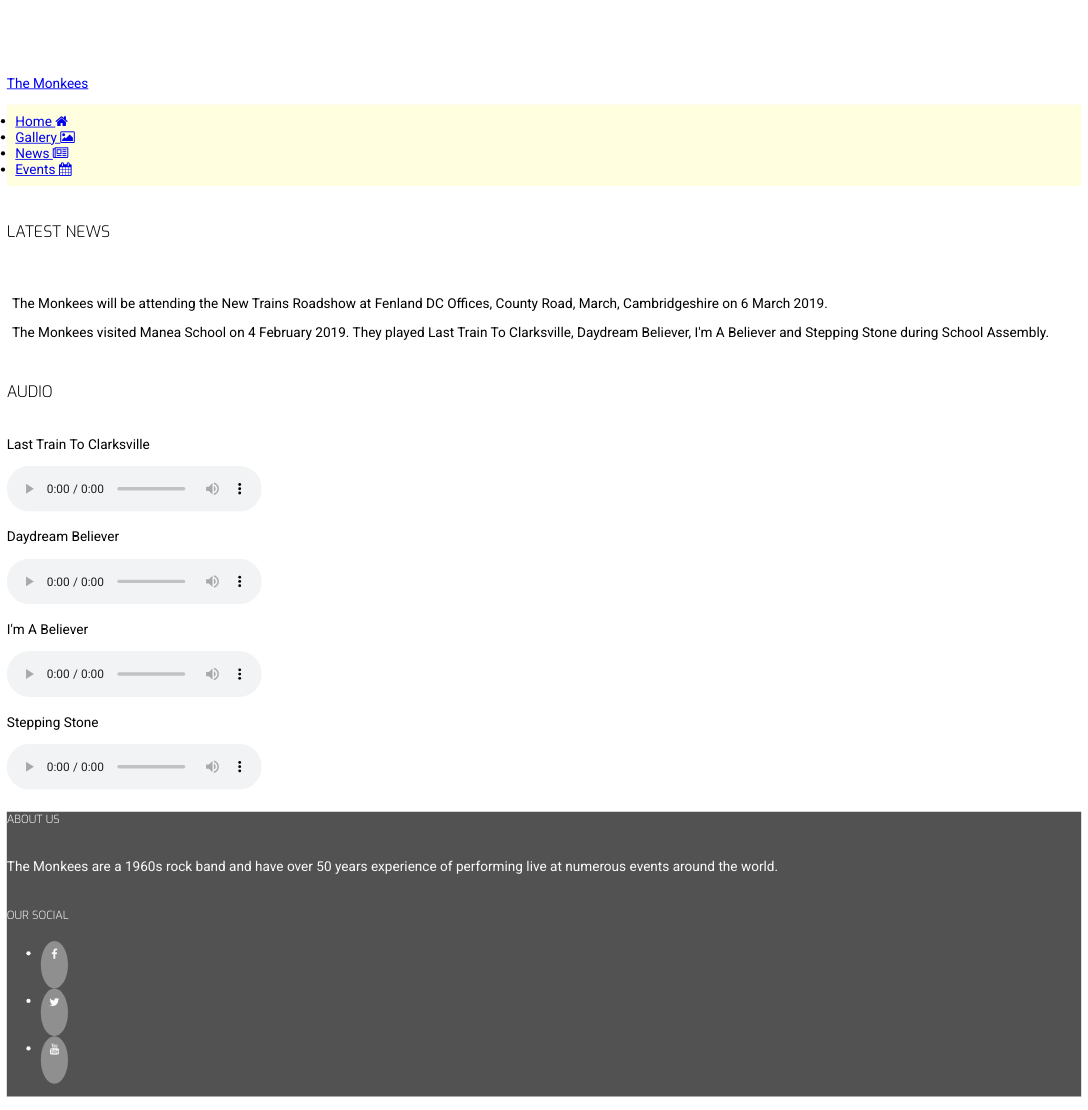
Repository: Code-Institute-Submissions/ucd-band
Page: news.html
The author's editor kept a record of every edit. The page is drawn from the files as they stood at one moment, then again after the next edit.
The browser window is 1280 px wide. The pictures show the whole page, at 85% of full size.

Above is the page before.

### news.html
<!DOCTYPE html>
<html>
    <head>
    <meta name="viewport" content="width=device-width, initial-scale=1">
    <!-- Display Title in the Browser Window -->
    <title>The Monkees - News Page</title>
    <!-- Load Style Sheets -->
    <link rel="stylesheet" href="https://maxcdn.bootstrapcdn.com/bootstrap/3.3.7/css/bootstrap.min.css" type="text.css" />
    <link rel="stylesheet" href="https://maxcdn.bootstrapcdn.com/font-awesome/4.7.0/css/font-awesome.min.css" type="text/css" />
    <link rel="stylesheet" href="assets/css/style.css" type="text/css" />

</head>
<body>
  <!-- Set Up Navigation -->
  <nav class="navbar navbar-default">
        <div class="container-fluid">
            <!-- Logo -->
            <div class="navbar-header">
                <a href="index.html" class="navbar-brand" title="The Monkees">The Monkees</a>
            </div>

            <!-- navbar with icons -->
            <ul class="nav navbar-nav">
                <li><a href="index.html">Home <i class="fa fa-home" aria-hidden="true"></i></a></li>
                <li><a href="gallery.html">Gallery <i class="fa fa-picture-o" aria-hidden="true"></i></a></li>
                <li class="active"><a href="news.html">News <i class="fa fa-newspaper-o" aria-hidden="true"></i></a></li>
                <li><a href="events.html">Events <i class="fa fa-calendar" aria-hidden="true"></i></a></li>
            </ul>
        </div>
 </nav>

    <section class="container-fluid">
            <div class="row row-table">
                <div class="col-xs-12 col-sm-12 col-md-4">
                    <div class="row">
                        <div class="col-sm-12">
                            <h3 class="section-heading uppercase">Latest News</h3>
                        </div>
                    </div>
                    <div class="news-item">
                        <p class="news-description">The Monkees will be attending the New Trains Roadshow
                        at Fenland DC Offices, County Road, March, Cambridgeshire
                        on 6 March 2019.</p>
                        <p class="news-description">The Monkees visited Manea School on 4 February 2019.
                        They played Last Train To Clarksville, Daydream Believer, I'm A Believer and Stepping Stone during School Assembly.</p>
                        </div>
                    </div>
                <div class="col-xs-12 col-sm-12 col-md-8 bg-color-audio section-column">
                    <div class="row">
                        <div class="col-sm-12">
                            <h3 class="section-heading uppercase">Audio</h3>
                        </div>

                        <!-- Audio -->
                        <p class="audio-description">Last Train To Clarksville</p>
                        <audio controls>
                            <source src="assets/audio/Clarksville.mp3" type="audio/mpeg">
                            Your browser does not support the audio tag
                        </audio>

                        <p class="audio-description">Daydream Believer</p>
                        <audio controls>
                            <source src="assets/audio/DaydreamBeliever.mp3" type="audio/mpeg">
                            Your browser does not support the audio tag
                        </audio>

                        <p class="audio-description">I'm A Believer</p>
                        <audio controls>
                            <source src="assets/audio/ImABeliever.mp3" type="audio/mpeg">
                            Your browser does not support the audio tag
                        </audio>

                        <p class="audio-description">Stepping Stone</p>
                        <audio controls>
                            <source src="assets/audio/SteppingStone.mp3" type="audio/mpeg">
                            Your browser does not support the audio tag
                        </audio>
                    </div>

                   </div>




            </div>
        </section>

    <!-- Provide footer details -->
    <footer class="container-fluid">
        <div class="row">
            <!-- Provide Information about The Monkees -->
            <div class="col-xs-12 col-sm-4 mt-2">
                <h5 class="uppercase general-sub">About Us</h5>
                <p class="inline-block">
                    The Monkees are a 1960s rock band and have over 50 years experience
                    of performing live at numerous events around the world.
                </p>
            </div>

            <!-- Provide Social Links (e.g. YouTube) -->
            <div class="col-xs-12 col-sm-8 mt-2">
                <h5 class="uppercase general-sub">Our Social</h5>
                <ul class="list-inline social-links">
                    <li class="list-inline-item"><a target="_blank" href="https://www.facebook.com/TheMonkees" title="Facebook"><i class="fa fa-facebook"></i></a></li>
                    <li class="list-inline-item"><a target="_blank" href="https://twitter.com/monkeesofficial" title="Twitter"><i class="fa fa-twitter"></i></a></li>
                    <li class="list-inline-item"><a target="_blank" href="https://www.youtube.com/user/themonkees" title="YouTube"><i class="fa fa-youtube"></i></a></li>
                </ul>

            </div>
        </div>
    </footer>
</body>
</html>

### assets/css/style.css
/* Import Font */


@import url('https://fonts.googleapis.com/css?family=Roboto:100,200,300,400,500,600,700|Exo:100,200,300,400,500,600,700');

/* Body */

body {

    font-family: "Roboto", Arial, Verdana, sans-serif;
    padding-top: 80px;

}

/* Navbar Styles */

.navbar-nav {

    background-color: lightyellow;

    padding: 10px;

}

.navbar {

    margin-bottom: 0;
    border: 0;
    width: 100%;

}

/* Special Padding/Margins/Text */

h1, h2, h3, h4 {
    margin: 0;
}

.uppercase {
    text-transform: uppercase;
}

.general-sub {
    font-family: "Exo", Arial, Verdana, sans-serif;
    font-weight: 300;
    color: #fafafa;
}

.inline-block {
    display: inline-block;
}

.row-table {
    display: table;
}

.section-heading {
    font-family: "Exo", Arial, Verdana, sans-serif;
    font-weight: 300;
    margin-top: 25px;
    margin-bottom: 40px;
}

/* Download PDF Styles */

.events-pdf {
    color: green;
    text-align: center;
    font-size: 18px;
    padding-left: 5px;
}

.events-pdf i:hover {
    color: purple;
    transition: all 0.35s ease-in-out;
    -moz-transition: all 0.35s ease-in-out;
    -webkit-transition: all 0.35s ease-in-out;
    -o-transition: all 0.35s ease-in-out;
}


/* Footer */

footer {
    background-color: #525252;
    color: #fafafa;
    min-height: 120px;
    margin: 0;
}



.social-links {
    padding-bottom: 15px;
}

.social-links li a i {
    width: 32px;
    height: 32px;
    padding: 12px 0px;
    border-radius: 50%;
    font-size: 13px;
    line-height: 7px;
    text-align: center;
    color: #fafafa;
    background: #8f8f8f;
    transition: all 0.35s ease-in-out;
    -moz-transition: all 0.35s ease-in-out;
    -webkit-transition: all 0.35s ease-in-out;
    -o-transition: all 0.35s ease-in-out;

}

.social-links li a i:hover {
    background: #e84610;

}

#footer-details {
    margin: 20px;
}



/* Welcome */

.welcome-item {
    margin-bottom: 20px;
    display: block;
    clear: both;
    padding: 8px;
}

.contents-item {
    font-family: "Roboto", Arial, Verdana, sans-serif;
    font-weight: 400;
}

/* News */

.news-item {
    margin-bottom: 20px;
    display: block;
    clear: both;
    padding: 6px;
}

.news-description {
    font-family: "Roboto", Arial, Verdana, sans-serif;
    font-weight: 400;
}

/* Audio */
.audio-description {
    font-family: "Roboto", Arial, Verdana, sans-serif;
    font-weight: 400;
}




/* Table Styles */

th {
    background-color: lightblue;
}


/* Gallery */
div .desc {
    padding: 15px;
    text-align: center;
}

div .gallery {
    border: 1px solid #676767;
}

div .gallery:hover {
    border: 1px solid #e84610;
}

div .gallery img {
    height: auto;
    width: 100%;
}

hr {
    border: 1px solid black;
}

img {
    display: block;
    margin: auto;
}

.responsive {
    padding: 4px 10px;
    float: left;
    width: 20%;
}

.img-clearfix:after {
    content: "";
    display: table;
    clear: both;
}

/* Media Queries */

@media only screen and (min-width: 501px) and (max-width: 700px) {
    .responsive {
        width: 50%;
        margin: 6px 0px;
    }
}

@media only screen and (max-width: 500px) {
    .responsive {
        width: 100%;
    }
}

After the next edit:
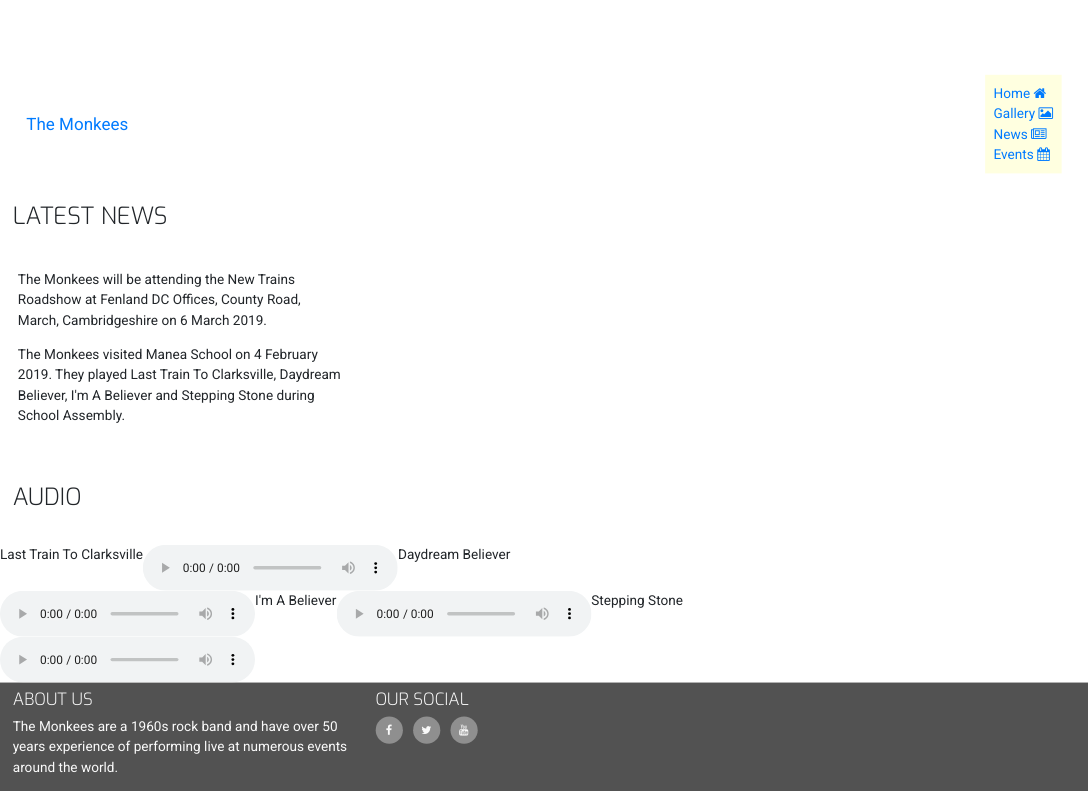
The edit:
--- a/news.html
+++ b/news.html
@@ -5,7 +5,7 @@
     <!-- Display Title in the Browser Window -->
     <title>The Monkees - News Page</title>
     <!-- Load Style Sheets -->
-    <link rel="stylesheet" href="https://maxcdn.bootstrapcdn.com/bootstrap/3.3.7/css/bootstrap.min.css" type="text.css" />
+    <link rel="stylesheet" href="https://maxcdn.bootstrapcdn.com/bootstrap/4.3.1/css/bootstrap.min.css" integrity="sha384-ggOyR0iXCbMQv3Xipma34MD+dH/1fQ784/j6cY/iJTQUOhcWr7x9JvoRxT2MZw1T" crossorigin="anonymous">
     <link rel="stylesheet" href="https://maxcdn.bootstrapcdn.com/font-awesome/4.7.0/css/font-awesome.min.css" type="text/css" />
     <link rel="stylesheet" href="assets/css/style.css" type="text/css" />
 
